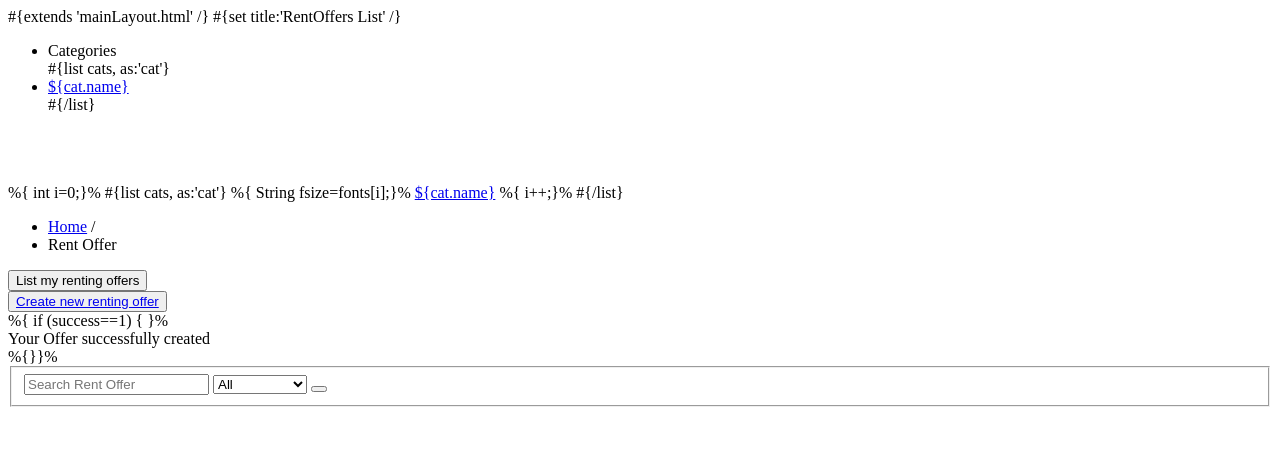
Repository: Maalejm/SEBA
Page: SlifeWebSite/app/views/RentOffers/index.html
The author's editor kept a copy of each file at every save. The page is drawn from the files as they stood at one save, then again after the next save.
The browser window is 1280 px wide. The pictures show the whole page.

Above is the page before, as saved 2013-07-10 01:25:50.
Console error: SyntaxError: Invalid or unexpected token

After the next save:
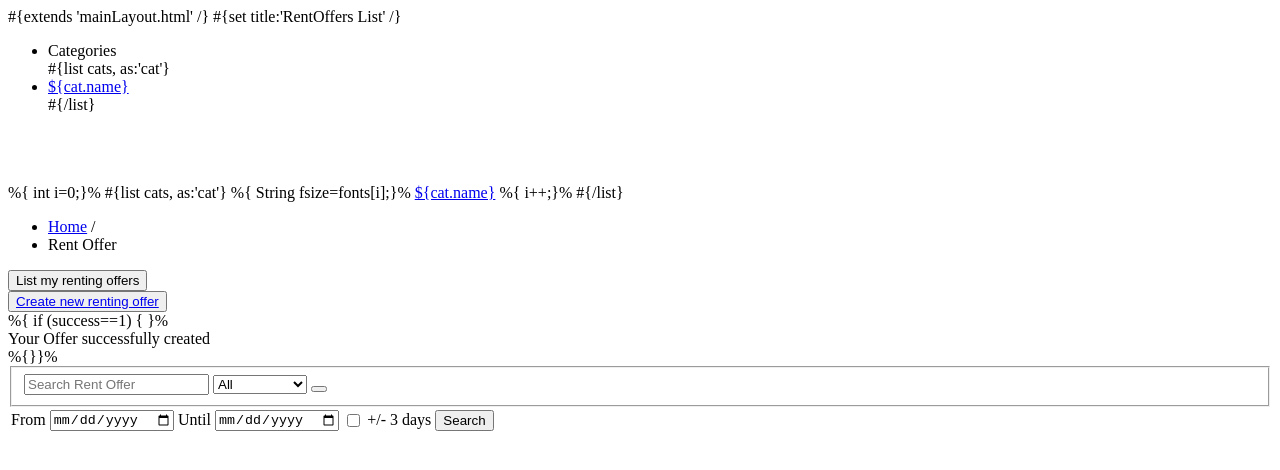
Saved 107 s later.
--- a/SlifeWebSite/app/views/RentOffers/index.html
+++ b/SlifeWebSite/app/views/RentOffers/index.html
@@ -75,7 +75,17 @@
 
                                     <button type="submit" class="btn btn-primary"> <i class="icon-search icon-white"></i></button>
                            </fieldset>
-
+                      		<table  class="rentoffers-serach-form">
+       							 <tr>
+         						   <td>From</td>
+          							<td><input type="date"/></td>
+           							<td>Until</td>
+            						<td><input type="date"></td>
+           							<td><input type="checkbox"></td>
+           							<td>+/- 3 days</td>
+           							 <td><input type="submit" class="btn btn-success" value="Search" name="searchOffer"/></td>
+      						  </tr>
+   						 </table>
                     </div>
 
                     <div  id="result">
